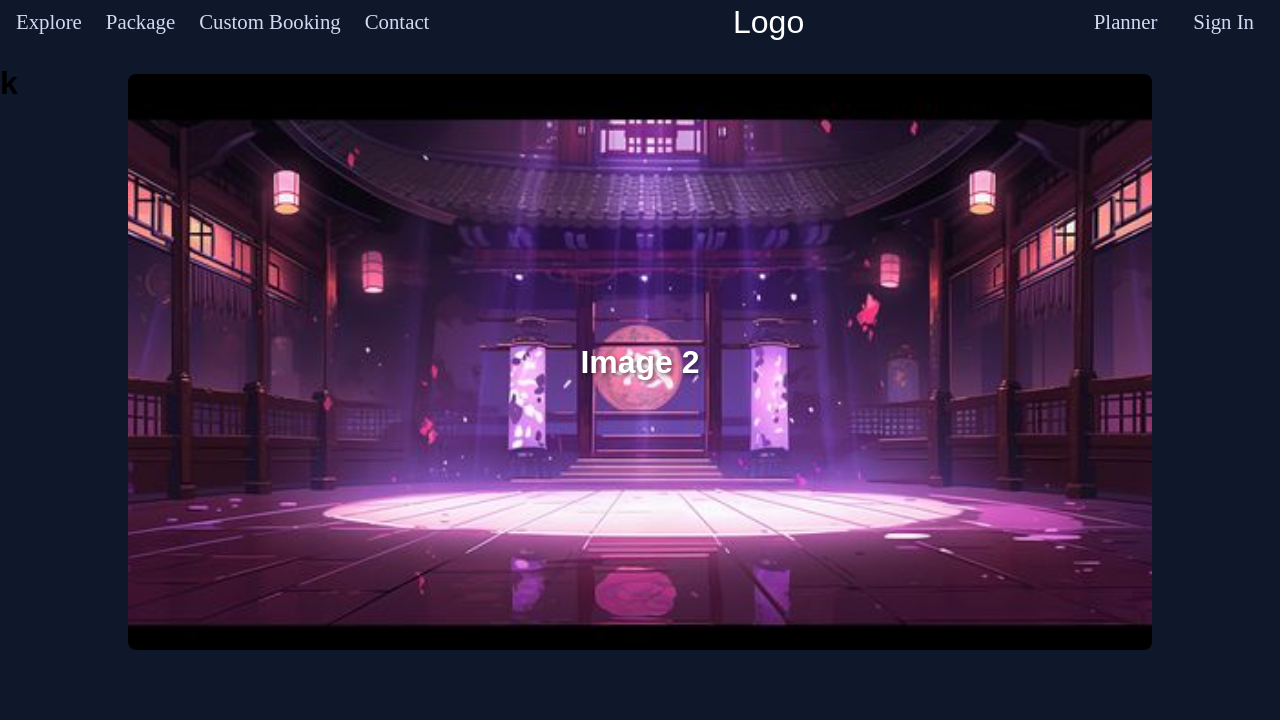
Repository: Demonster-01/Event-Management
Page: / (app in EventOrg/)
These files come from the project's save history. The page is drawn as it stood at one moment and after a run of saves; the edit follows.
The browser window is 1280 px wide. The pictures show the whole page.
Some web fonts or font styles are not loaded; a fallback is used. The project was rebuilt for these pictures with package versions that can differ from the ones it lists, and the page was loaded fresh each time. Also part of the build but not shown: EventOrg/vite.config.js, EventOrg/src/components/Slideshow.jsx.

Above is the page before, as saved 2024-11-08 17:16:46.

### EventOrg/index.html
<!doctype html>
<html lang="en">
  <head>
    <meta charset="UTF-8" />
    <link rel="icon" type="image/svg+xml" href="/vite.svg" />
    <meta name="viewport" content="width=device-width, initial-scale=1.0" />
    <!-- <link
      href="https://fonts.googleapis.com/css2?family=Roboto:wght@400;700&display=swap"
      rel="stylesheet"> -->
    <link
      href="https://fonts.googleapis.com/css2?family=Oranienbaum&display=swap"
      rel="stylesheet">

    <title>Event Mialune</title>
  </head>
  <body>
    <div id="root"></div>
    <script type="module" src="/src/main.jsx"></script>
  </body>
</html>

### EventOrg/src/App.jsx
import { useState } from "react";

import "./App.css";

import Nav from "./components/Nav";
import Slider from "./components/Slider";
import Slideshow from "./components/Slideshow";

function App() {
  return (
    <div className="App">
      <Nav />
      <Slider />
      {/* <Slideshow /> */}
      <h1>k</h1>
    </div>
  );
}

export default App;

### EventOrg/src/App.css
body {
  margin: 0;
  background-color: #0f172a; /* Default text color */
  font-family: "Arial", sans-serif; /* Optional, to set a base font family */
  min-height: 100vh; /* Ensure the background covers the entire screen */
}

### EventOrg/src/components/Nav.jsx
import styles from "../module_css/Nav.module.css";

export default function Nav() {
  return (
    <div className={styles.container}>
      <nav className={styles.navbar}>
        <ul className={styles.nav_list}>
          <li className={styles.nav_item}>Explore</li>
          <li className={styles.nav_item}>Package</li>
          <li className={styles.nav_item}>Custom Booking</li>
          <li className={styles.nav_item}>Contact</li>
        </ul>
      </nav>

      <div className={styles.logo}>Logo</div>
      <div className={styles.btngroup}>
        <button className={styles.btn}>Planner</button>
        <button className={styles.btn}>Sign In</button>
      </div>
    </div>
  );
}

### EventOrg/src/components/Slider.jsx
import React, { useState, useEffect } from "react";
import styles from "../module_css/Slider.module.css";

import image1 from "../assets/images/image.jpg";
import hallImage from "../assets/images/hall.jpg";
import image3 from "../assets/images/image.jpg";

export default function Slider() {
  const [currentImageIndex, setCurrentImageIndex] = useState(0);

  const images = [
    {
      url: image1,
      caption: "Image 1",
    },
    { url: hallImage, caption: "Image 2" },
    { url: image3, caption: "Image 3" },
  ];

  // Function to handle the next image in the slider
  const nextImage = () => {
    setCurrentImageIndex((prevIndex) => (prevIndex + 1) % images.length);
  };

  // Automatic slider every 3 seconds
  useEffect(() => {
    const interval = setInterval(nextImage, 3000);
    return () => clearInterval(interval); // Cleanup on component unmount
  }, []);

  return (
    <div className={styles.slider_container}>
      <div className={styles.image_slider}>
        <img
          src={images[currentImageIndex].url}
          alt={images[currentImageIndex].caption}
          className={styles.slider_image}
        />
        <div className={styles.image_caption}>
          {images[currentImageIndex].caption}
        </div>
      </div>
    </div>
  );
}

### EventOrg/src/module_css/Nav.module.css
.container {
  display: flex;
  justify-content: space-between;
  align-items: center;
  /* background-color: #404a42; */
  padding: 0 1rem;
}

.navbar {
  color: #d2dbf5;
  font-size: 1.3rem;
  font-family: "Oranienbaum";
}

.nav_list {
  display: flex;
  list-style-type: none;
  margin: 0;
  padding: 0;
}

.nav_item {
  margin-right: 1.5rem;
  color: 404a42;
  cursor: pointer;
}

.nav_item:hover,
.btn:hover {
  text-shadow: 2px 2px 5px rgba(238, 240, 233, 0.884);
  cursor: pointer;
  transition: color 0.3s ease;
}

.btngroup {
  display: flex;
  gap: 1rem;
}

.btn {
  font-family: "Oranienbaum";
  font-size: 1.3rem;
  border: none;
  padding: 10px;
  background-color: transparent;
  color: #d2dbf5;
}

.logo {
  color: white;
  font-size: 2rem;
}

### EventOrg/src/module_css/Slider.module.css
/* Container for the slider */
.slider_container {
  margin: 30px 0;
  display: flex;
  justify-content: center;
  align-items: center;
  position: absolute;
  height: 80%;
  width: 100%;
  overflow: hidden;
}

/* Styling for the image and text inside the slider */
.image_slider {
  position: relative;
  width: 80%;
  height: 100%;
}

/* Image styling */
.slider_image {
  width: 100%;
  height: 100%;
  border-radius: 8px;
  object-fit: cover; /* Ensures the image covers the entire container */
  transition: opacity 0.5s ease; /* Smooth transition for image changes */
}

/* Text caption styling */
.image_caption {
  position: absolute;
  top: 50%;
  left: 50%;
  transform: translate(-50%, -50%);
  color: white;
  font-size: 2rem;
  font-weight: bold;
  text-shadow: 2px 2px 4px rgba(0, 0, 0, 0.5); /* Text shadow for better visibility */
}

Loaded but not shown: EventOrg/src/main.jsx (common file)

After the next 2 saves:
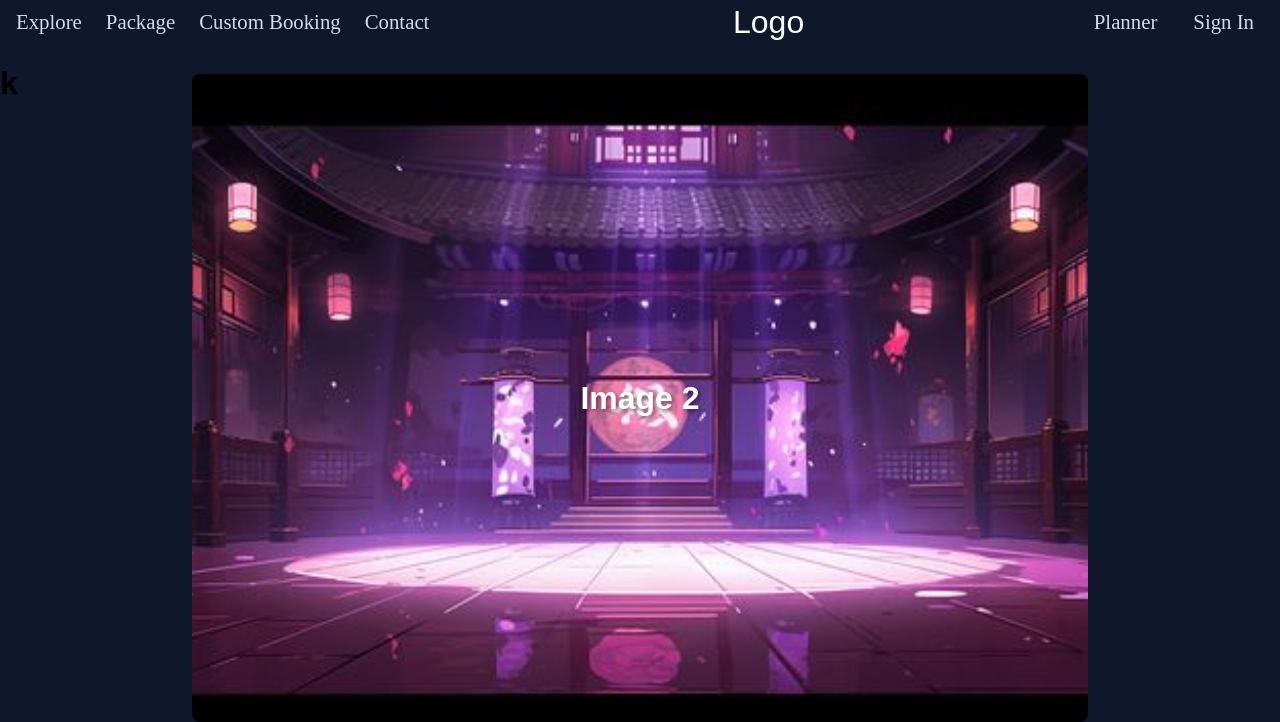
The 2 saves are shown as one change because they came seconds apart.
The last was saved 10 s later.
--- a/EventOrg/src/module_css/Slider.module.css
+++ b/EventOrg/src/module_css/Slider.module.css
@@ -5,7 +5,7 @@
   justify-content: center;
   align-items: center;
   position: absolute;
-  height: 80%;
+  height: 90%;
   width: 100%;
   overflow: hidden;
 }
@@ -13,7 +13,7 @@
 /* Styling for the image and text inside the slider */
 .image_slider {
   position: relative;
-  width: 80%;
+  width: 70%;
   height: 100%;
 }
 
